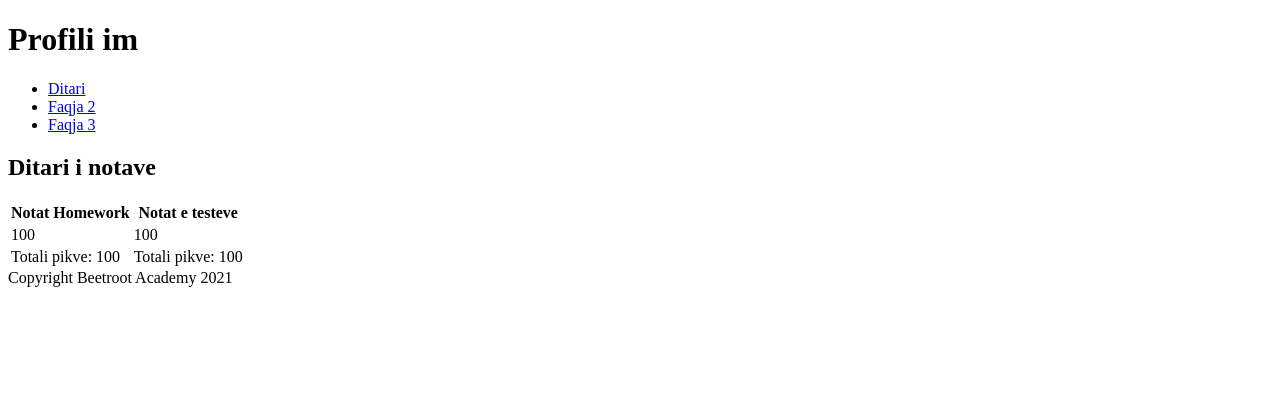
Repository: lendk/beetroot-fe-g1
Page: 02/index.html
An editor plug-in stored every save of this project. The page is shown before and after a run of saves, followed by the edit.
The browser window is 1280 px wide. The pictures show the whole page.

Above is the page before, as saved 2021-01-16 09:56:34.

After the next 2 saves:
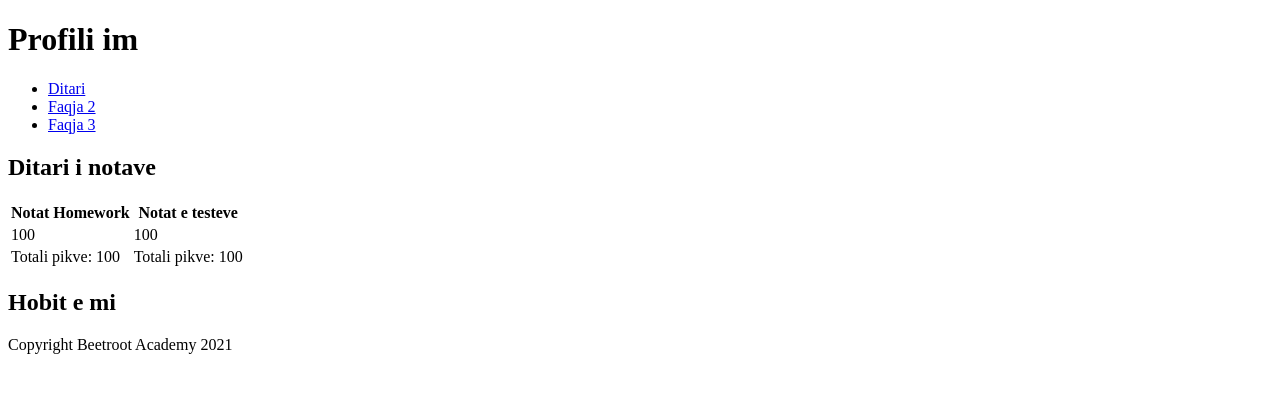
The 2 saves are shown as one change because they came seconds apart.
The last was saved 23 s later.
--- a/02/index.html
+++ b/02/index.html
@@ -38,6 +38,7 @@
       </table>
     </section>
     <section id="hobbies">
+      <h2>Hobit e mi</h2>
 
     </section>
   </main>
